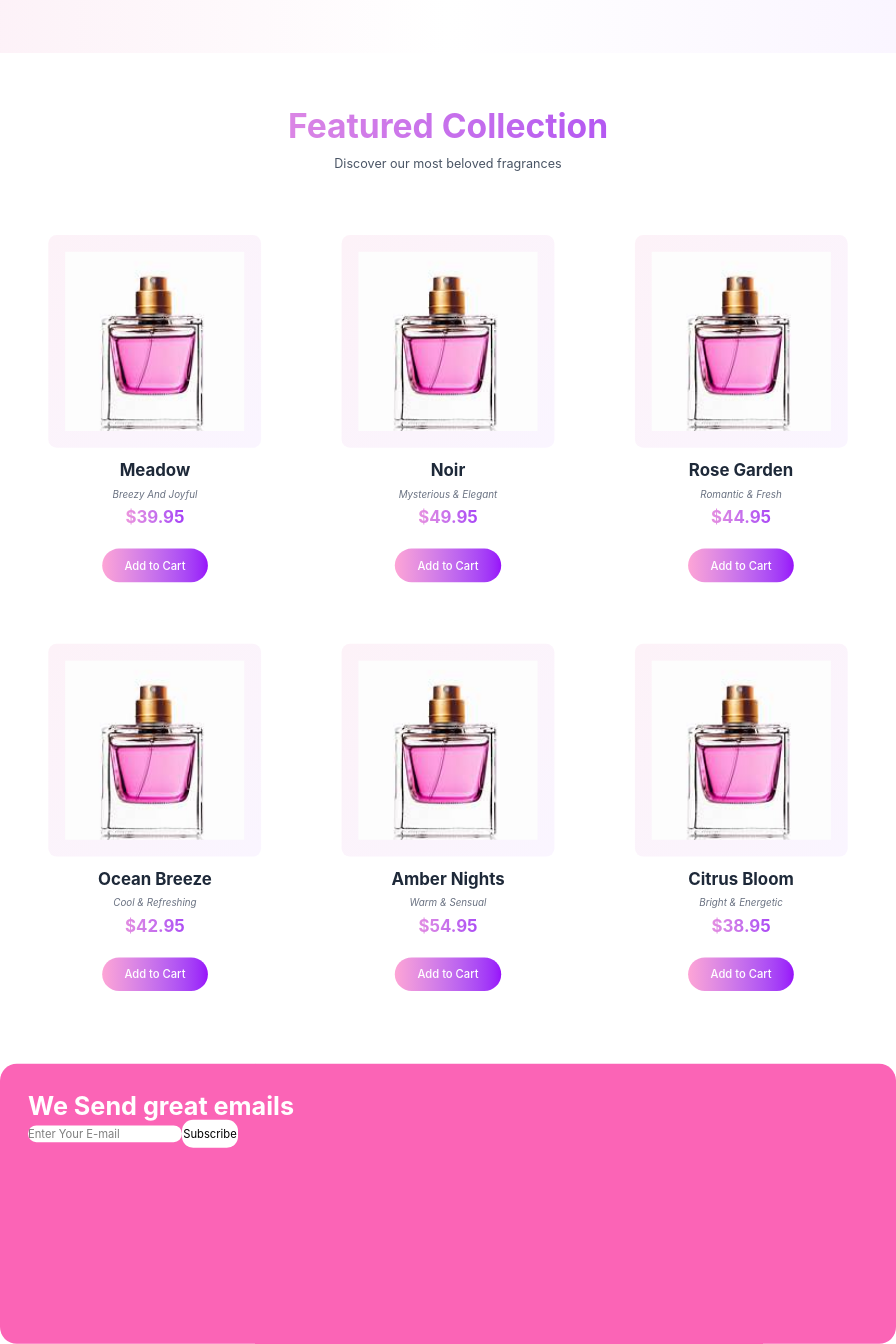
Repository: kiran2k5-ai/E-Commerce-Perfume
Page: /
These files come from the project's save history. The page is drawn as it stood at one moment and after the next save; the edit follows.
The browser window is 1280 px wide. The pictures show the part of the page from y = 904 to 2824 px (the page is 2824 px tall), at 70% of full size.
The project was rebuilt for these pictures with package versions that can differ from the ones it lists, and the page was loaded fresh each time. Also part of the build but not shown: vite.config.js.

Above is the page before, as saved 2026-02-04 12:39:26.

After the next save:
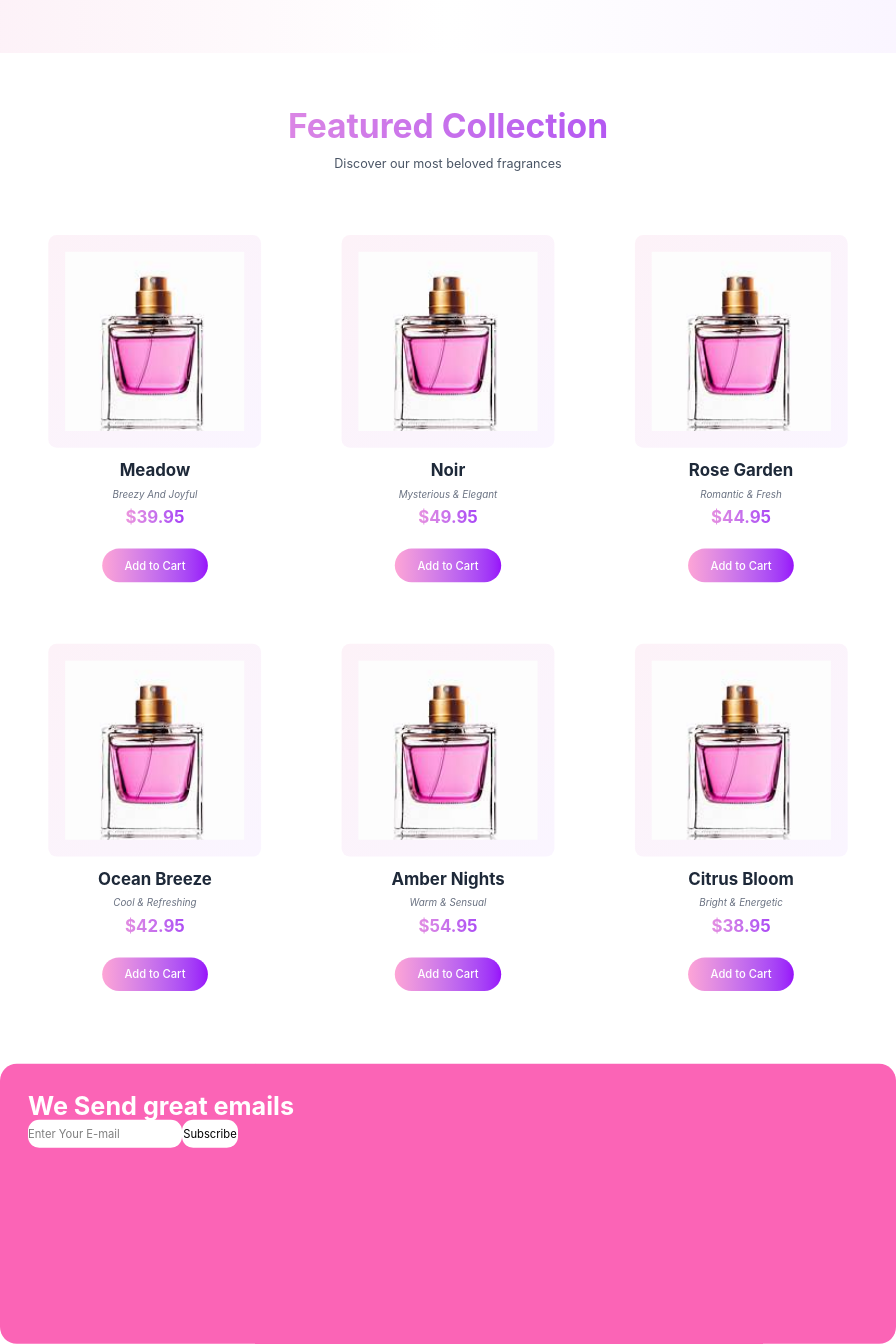
Saved 7 s later.
--- a/src/components/Footer.jsx
+++ b/src/components/Footer.jsx
@@ -6,7 +6,7 @@ const Footer = () => {
       <div className='h-100 w-350 bg-pink-400 rounded-3xl'>
         <div className='mt-10 ml-10 '>
             <h2 className='font-bold text-4xl  text-white'>We Send great emails</h2>
-            <input type="text" className='bg-white rounded-2xl w-55' placeholder='Enter Your E-mail'/>
+            <input type="text" className='bg-white rounded-2xl w-55 h-10' placeholder='Enter Your E-mail'/>
             <button className='bg-white w-20 h-10 rounded-2xl text-black'>Subscribe</button>
         </div>
       </div>
